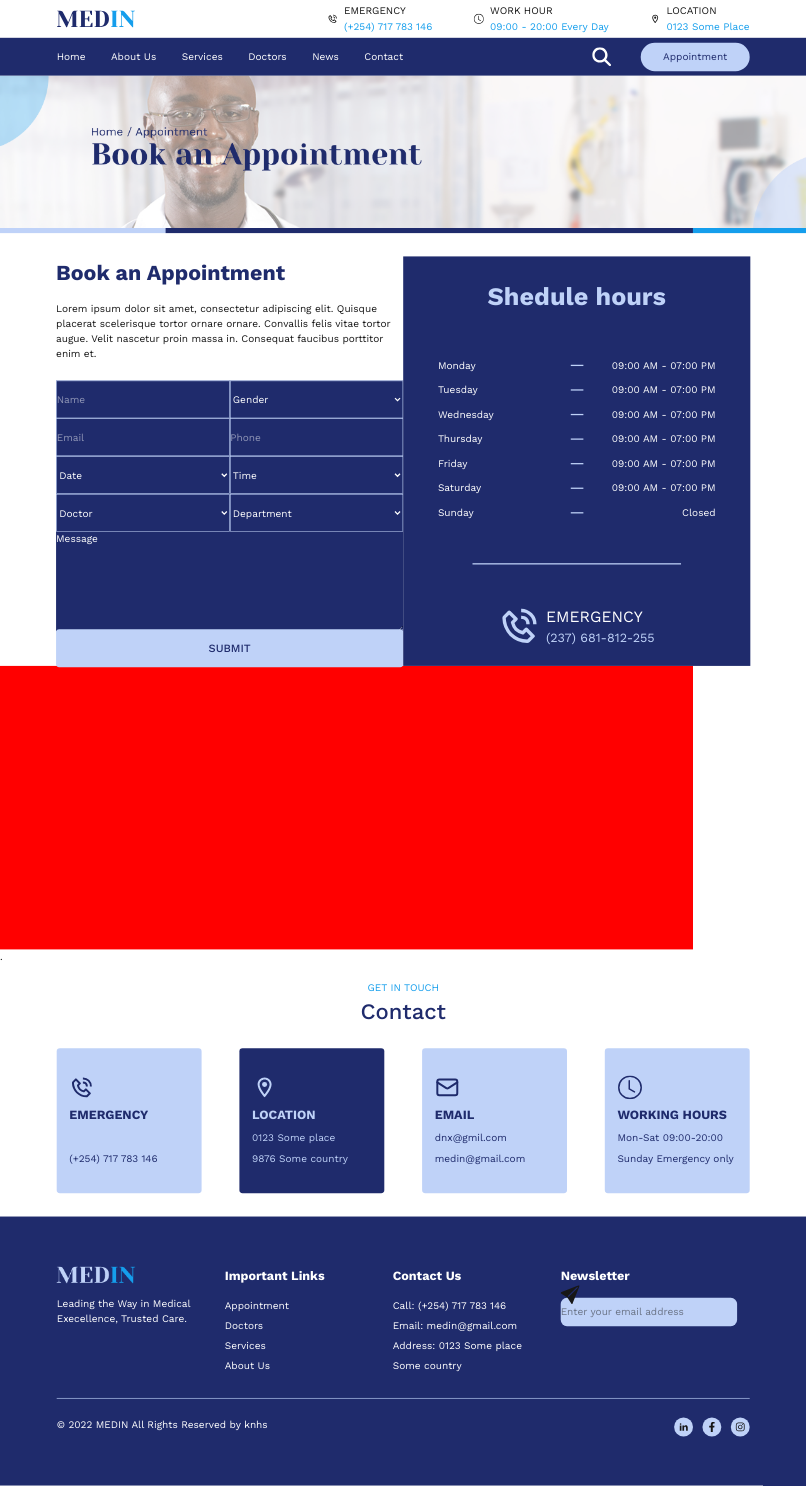
Repository: SynHK3/Poc_Hospital
Page: /appointment (app in fe_hospital/)
The author's editor kept a copy of each file at every save. The page is drawn from the files as they stood at one save, then again after the next save.
The browser window is 1280 px wide. The pictures show the whole page, at 63% of full size.
The project was rebuilt for these pictures with package versions that can differ from the ones it lists, and the page was loaded fresh each time. The framework's server and built-in components were replaced by stand-ins that run in the browser. Also part of the build but not shown: fe_hospital/next.config.ts.

Above is the page before, as saved 2025-09-02 23:04:47.

After the next save:
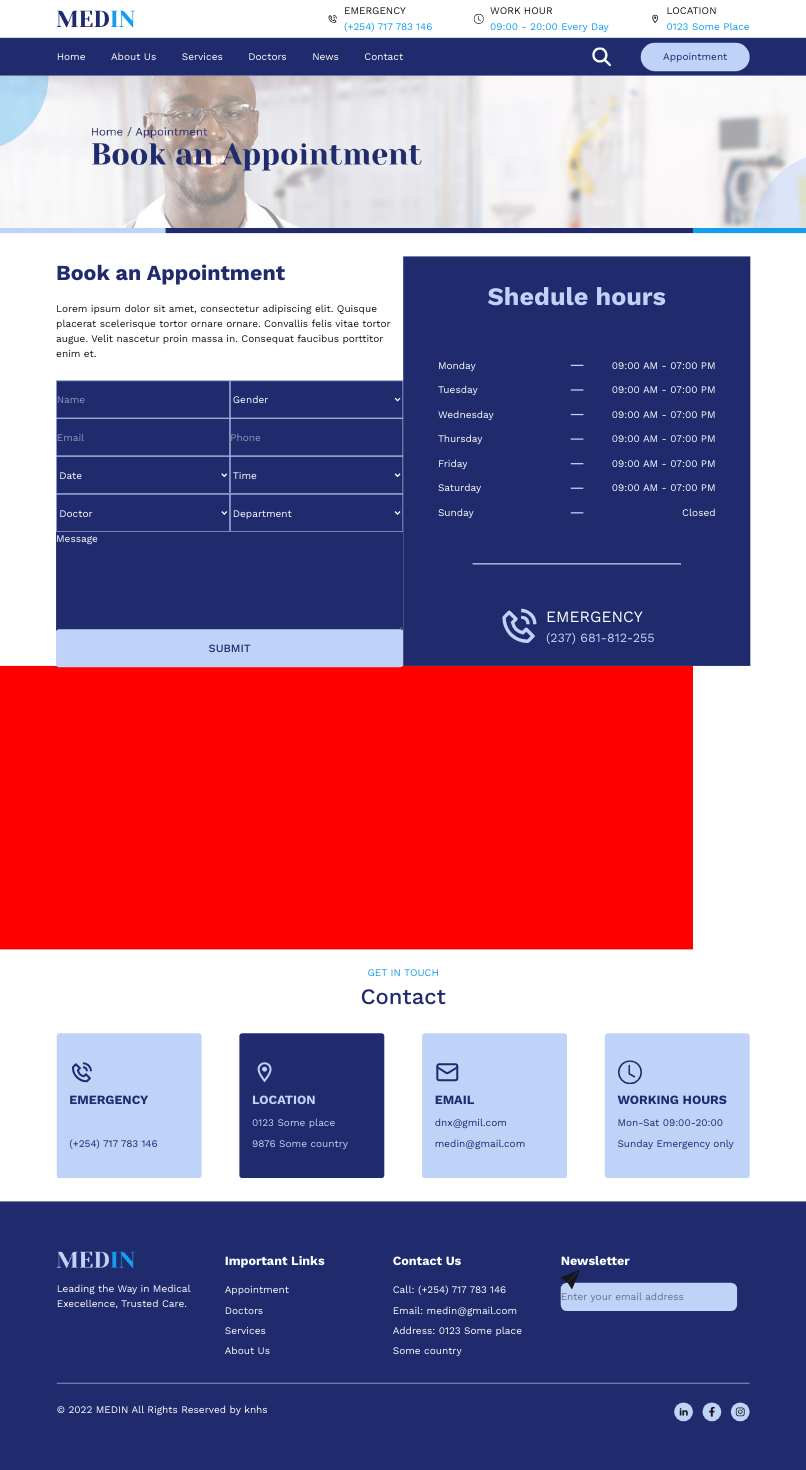
Saved 14 s later.
--- a/fe_hospital/src/app/appointment/page.tsx
+++ b/fe_hospital/src/app/appointment/page.tsx
@@ -135,10 +135,8 @@ export default function Appointment() {
         {/* End Form Book AppointMent */}
       </div>
 
-      <div className="container__content--map">
-
-      </div>
-      .<Contact></Contact>
+      <div className="container__content--map"></div>
+      <Contact></Contact>
       <Footer></Footer>
     </div>
   );
